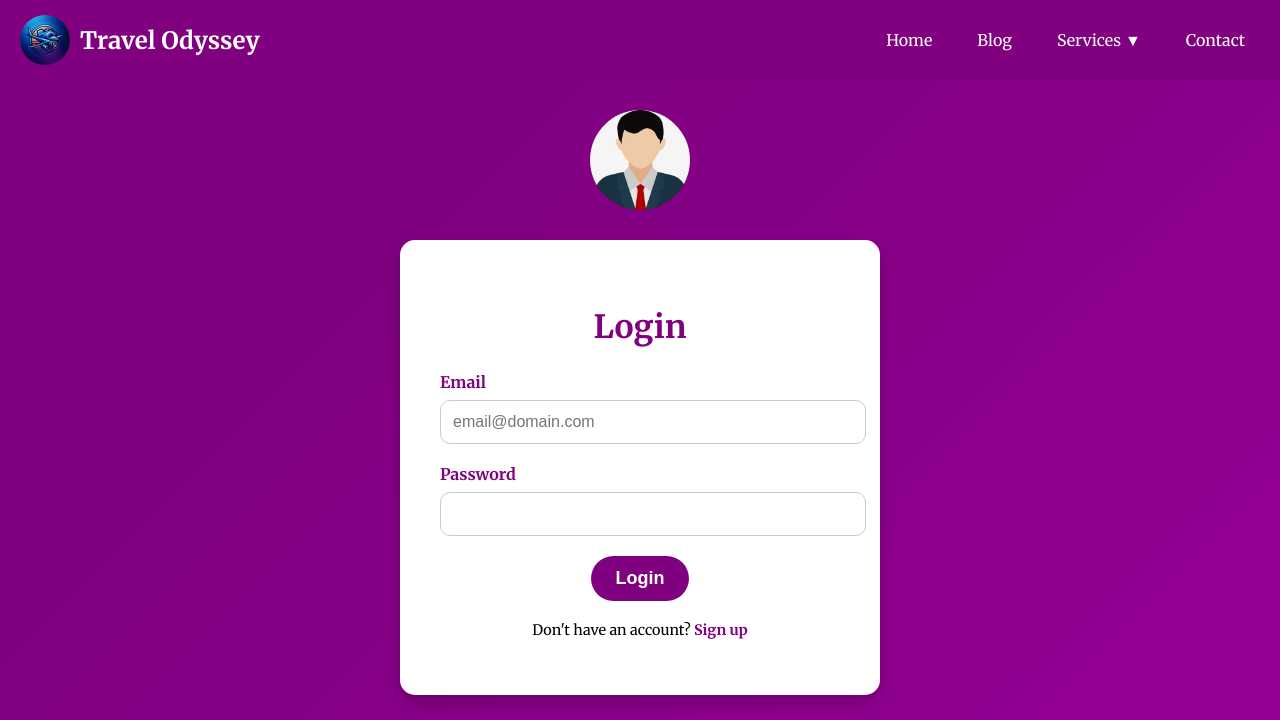
Repository: GHzPhoenix/Project-Odyssey
Page: Frontend/client-area.html
The author's editor kept a copy of each file at every save. The page is drawn from the files as they stood at one save, then again after the next save.
The browser window is 1280 px wide. The pictures show the whole page.

Above is the page before, as saved 2025-06-05 23:42:36.

After the next save:
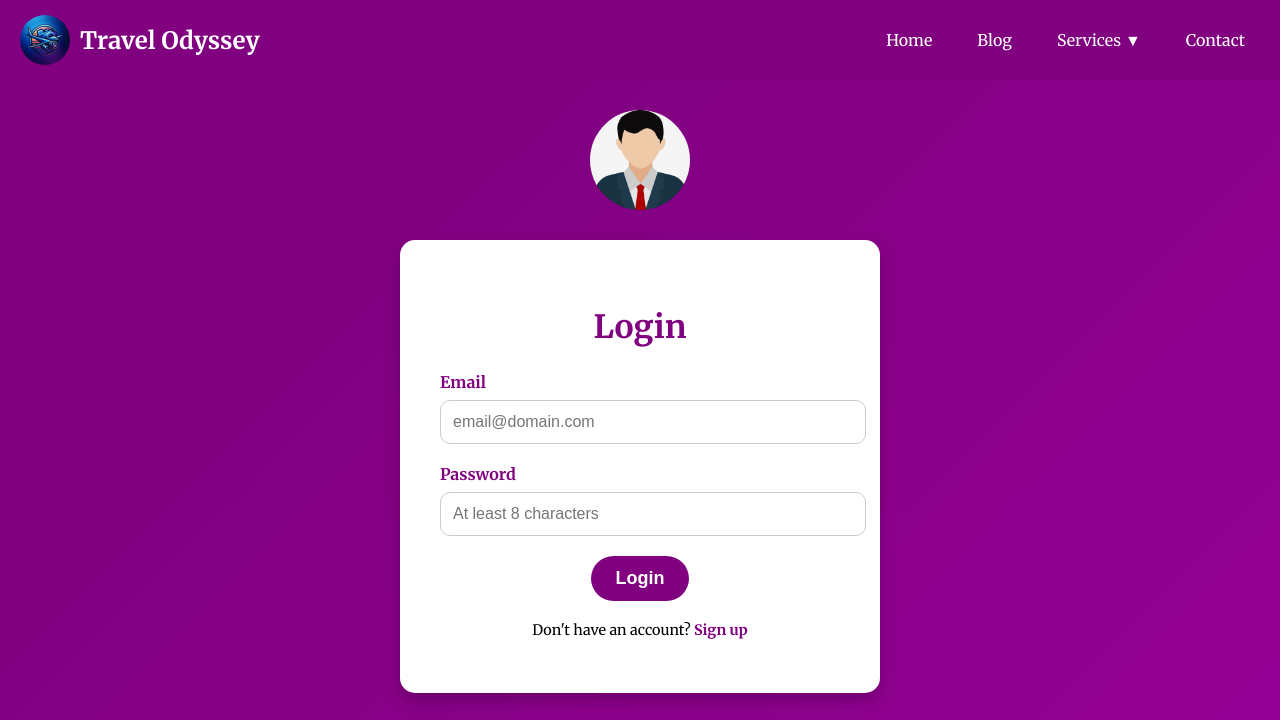
Saved 101 s later.
--- a/Frontend/client-area.html
+++ b/Frontend/client-area.html
@@ -3,7 +3,7 @@
   <head>
     <meta charset="UTF-8" />
     <meta name="viewport" content="width=device-width, initial-scale=1.0" />
-    <title>Client Area</title>
+    <title>Client Area - Travel Odyssey</title>
     <link rel="stylesheet" href="/Frontend/css/login.css" />
 
     <link rel="preconnect" href="https://fonts.googleapis.com" />
@@ -12,6 +12,19 @@
       href="https://fonts.googleapis.com/css2?family=Merriweather:wght@300;400;700&display=swap"
       rel="stylesheet"
     />
+    <style>
+      /* Styles for the login-message */
+      #login-message {
+        margin-top: 0.75rem;
+        font-size: 0.9rem;
+      }
+      #login-message.error {
+        color: #b00020;
+      }
+      #login-message.success {
+        color: #0b6623;
+      }
+    </style>
   </head>
 
   <body>
@@ -22,16 +35,16 @@
           Travel Odyssey
         </div>
 
-        <div class="menu-toggle" onclick="toggleMenu()">
+        <button class="menu-toggle" onclick="toggleMenu()">
           <div></div>
           <div></div>
           <div></div>
-        </div>
+        </button>
 
-        <ul>
+        <ul class="nav-menu">
           <li><a href="index.html">Home</a></li>
           <li><a href="city.html">Blog</a></li>
-          <li>
+          <li class="dropdown-parent">
             <a href="#">Services ▼</a>
             <div class="dropdown">
               <a href="membership.html">Memberships</a>
@@ -61,13 +74,20 @@
         </div>
         <div class="input-group">
           <label for="password">Password</label>
-          <input type="password" id="password" name="password" required />
+          <input
+            type="password"
+            id="password"
+            name="password"
+            required
+            minlength="8"
+            placeholder="At least 8 characters"
+          />
         </div>
-        <button type="submit">Login</button>
+        <button type="submit" class="btn-primary">Login</button>
         <p class="signup-text">
           Don't have an account? <a href="signup.html">Sign up</a>
         </p>
-        <p id="login-message" style="margin-top: 10px"></p>
+        <p id="login-message"></p>
       </form>
     </div>
 
@@ -75,23 +95,72 @@
       function toggleMenu() {
         document.querySelector("nav ul").classList.toggle("active");
       }
-      function toggleMenu() {
-        document.querySelector("nav ul").classList.toggle("active");
-      }
 
       document
         .getElementById("login-form")
-        .addEventListener("submit", function (e) {
+        .addEventListener("submit", async function (e) {
           e.preventDefault();
 
           const email = document.getElementById("email").value.trim();
           const password = document.getElementById("password").value.trim();
+          const msgEl = document.getElementById("login-message");
 
-          if (email && password) {
-            window.location.href = "dashboard.html";
-          } else {
-            document.getElementById("login-message").textContent =
-              "Please input your Credentials.";
+          // Clear previous message
+          msgEl.textContent = "";
+          msgEl.className = "";
+
+          if (!email || !password) {
+            msgEl.textContent = "Please enter both email and password.";
+            msgEl.classList.add("error");
+            return;
+          }
+
+          try {
+            const controller = new AbortController();
+            const timeoutId = setTimeout(() => controller.abort(), 10000);
+
+            const response = await fetch("http://127.0.0.1:5001/api/login", {
+              method: "POST",
+              headers: { "Content-Type": "application/json" },
+              body: JSON.stringify({ email, password }),
+              signal: controller.signal,
+            });
+
+            clearTimeout(timeoutId);
+
+            const data = await response.json();
+
+            if (response.status === 401) {
+              // Invalid credentials (no account or incorrect password)
+              msgEl.textContent =
+                "Invalid email or password. Please try again.";
+              msgEl.classList.add("error");
+              return;
+            }
+
+            if (!response.ok) {
+              // Other errors (e.g. 400, 500)
+              throw new Error(
+                data.error || `Login failed (${response.status})`
+              );
+            }
+
+            // Successful login
+            localStorage.setItem("token", data.token);
+            msgEl.textContent = "Login successful! Redirecting...";
+            msgEl.classList.add("success");
+
+            setTimeout(() => {
+              window.location.href = "dashboard.html";
+            }, 1000);
+          } catch (err) {
+            console.error("Login error:", err);
+            const message =
+              err.name === "AbortError"
+                ? "Request timed out. Please try again."
+                : err.message || "Login failed. Please try again.";
+            msgEl.textContent = message;
+            msgEl.classList.add("error");
           }
         });
     </script>
